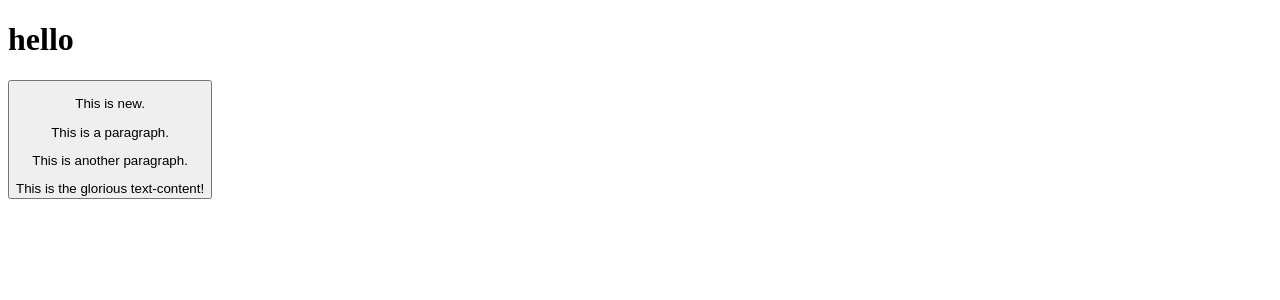
Repository: jnguyen113/DOM-Manipulation
Page: index.html
These files come from the project's save history. The page is drawn as it stood at one moment and after the next save; the edit follows.
The browser window is 1280 px wide. The pictures show the whole page.

Above is the page before, as saved 2020-06-12 10:41:37.

After the next save:
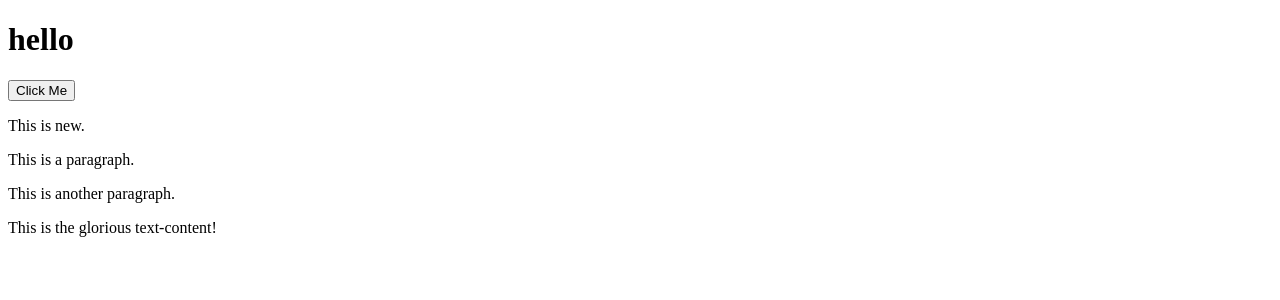
Saved 26 s later.
--- a/index.html
+++ b/index.html
@@ -3,7 +3,7 @@
 
 <body>
     <h1>hello</h1>
-    <button
+    <button>Click Me</button>
     <div id="div1">
         <p id="p1">This is a paragraph.</p>
         <p id="p2">This is another paragraph.</p>
